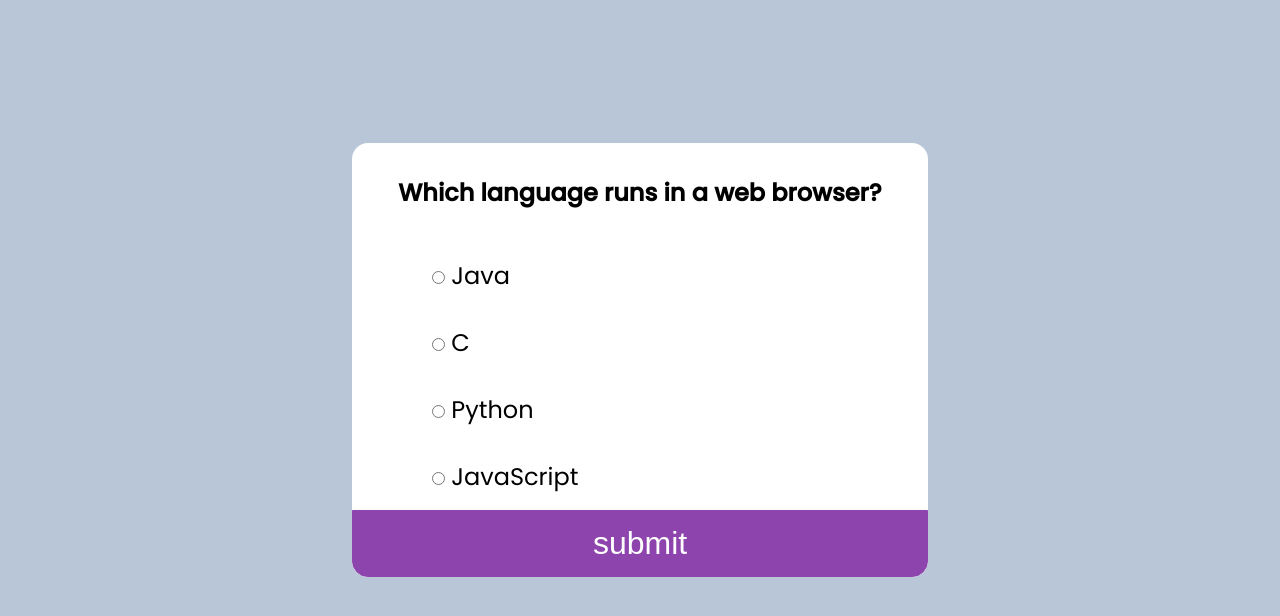
Repository: nandur9/quiz-app
Page: index.html
The author's editor kept a copy of each file at every save. The page is drawn from the files as they stood at one save, then again after a run of saves.
The browser window is 1280 px wide. The pictures show the whole page.

Above is the page before, as saved 2023-07-19 10:25:01.

### index.html
<!DOCTYPE html>
<html lang="en">
<head>
  <meta charset="UTF-8">
  <meta name="viewport" content="width=device-width, initial-scale=1.0">
  <link rel="stylesheet" href="./style.css">
  <title>Quiz App</title>
</head>
<body>
<div class="container-1" id="container-1">
  <h2 class="question-1">Which language runs in a web browser?</h2>

  <div class="answer-1" id>

    <div class="choice">
      <input type="radio" name="Answer" id="a" class="answer">
      <label for="a" id="a_text">Java</label>
    </div>

    <div class="choice">
      <input type="radio" name="Answer" id="b" class="answer">
      <label for="b" id="b_text">C</label>
    </div>
    <div class="choice">
      <input type="radio" name="Answer" id="c" class="answer">
      <label for="c" id="c_text">Python</label>
    </div>
    <div class="choice">
      <input type="radio" name="Answer" id="d" class="answer">
      <label for="d" id="d_text">JavaScript</label>
    </div>
  </div>

  <button class="submit">submit</button>
</div>


  <script src="./script.js"></script>
</body>
</html>

### style.css
@import url('https://fonts.googleapis.com/css2?family=Poppins:wght@400;500&display=swap');



* {
  margin: 0;
  padding: 0;
  box-sizing: border-box;
}

body {
  font-family: 'Poppins', sans-serif;
  background-color: #b8c6d8;
  height: 100vh;
  width: 100vw;
  display: flex;
  flex-direction: column;
  align-items: center;
  justify-content: center;
}

.container-1 {
  background-color: white;
  display: flex;
  flex-direction: column;
  justify-content: space-between;
  gap: 1rem;
  border-radius: 1rem;
}

.question-1 {
  text-align: center;
  margin: 2rem;
}


.submit {
  background-color: #8e44ad;
  font-size: 2rem;
  color: white;
  padding: 0.9rem 15rem;
  border: 1px solid #8e44ad;
  border-bottom-left-radius: 1rem;
  border-bottom-right-radius: 1rem;

}

.submit:hover {
  background-color: #762599;
  cursor: pointer;
}

.answer-1 {
  font-size: 1.5rem;
  padding-left: 5rem;
  display: flex;
  flex-direction: column;
  align-items: flex-start;
  gap: 2rem;
}

.con-2 {
  display: none;
}

.con-3 {
  display: none;
}

.con-4 {
  display: none;
}

### script.js
const quizData = [
    {
      question: "Which language runs in a web browser?",
      a: "Java",
      b: "C",
      c: "Python",
      d: "JavaScript",
      correct: "d"
    },

    {
      question: "What does CSS stand for?",
      a: "Central Style Sheets",
      b: "Cascading Style Sheets",
      c: "Cascading Simple Sheets",
      d: "Car Suv Sailboats",
      correct: "b"
    },

    {
      question: "What does HTML stand for?",
      a:"Hypertext Markup Language",
      b:"Helicopters Terminals Motorboats Lamborginis",
      c: "Hypertext Markup Language",
      d: "Hyperloop Machine Language",
      correct: "a"
    },

    {
      question: "What year was JavaScript launched?",
      a: "1995",
      b: "1996",
      c: "1997",
      d: "1998",
      correct: "a"
    },
  ];


  const quizEl = document.getElementById('container-1')

  const questionEl = document.querySelector('.question-1')

  const answerEls = document.querySelectorAll('.answer')

  const a_text = document.getElementById('a_text')

  const b_text = document.getElementById('b_text')

  const c_text = document.getElementById('c_text')

  const d_text = document.getElementById('d_text')

  const submitBtn = document.querySelector('.submit');




let currentQuiz = 0
let score = 0

loadQuiz()

function loadQuiz() {
  deselectAnswer()
  const currentQuizData = quizData[currentQuiz]
  questionEl.innerText = currentQuizData.question
  a_text.innerText = currentQuizData.a;
  b_text.innerText = currentQuizData.b
  c_text.innerText = currentQuizData.c
  d_text.innerText = currentQuizData.d
}

function deselectAnswer() {
  answerEls.forEach(answerEls => answerEls.checked = false)
};

function getSelected() {
  let answer;
  answerEls.forEach(answerEl =>{
        if(answerEl.checked) {
            answer = answerEl.id
        }
  })
  return answer;
}


submitBtn.addEventListener('click', () => {
  const answer = getSelected();
  if(answer){
    if(answer === quizData[currentQuiz].correct) {
      score++
    }
    currentQuiz++;
    if(currentQuiz < quizData.length) {
      loadQuiz()
    }
    else{
      console.log(quizEl)
      quizEl.innerHTML = `<h2 class="question-1">You have answered ${score}/${quizData.length} question correctly.</h2>
      <button onclick = "history.go(0)" class="submit">Reload</button>`;
      console.log(quizEl.innerHTML)
      quizEl.innerHtml = score;
      console.log(quizEl)
    }
  }
});

After the next 2 saves:
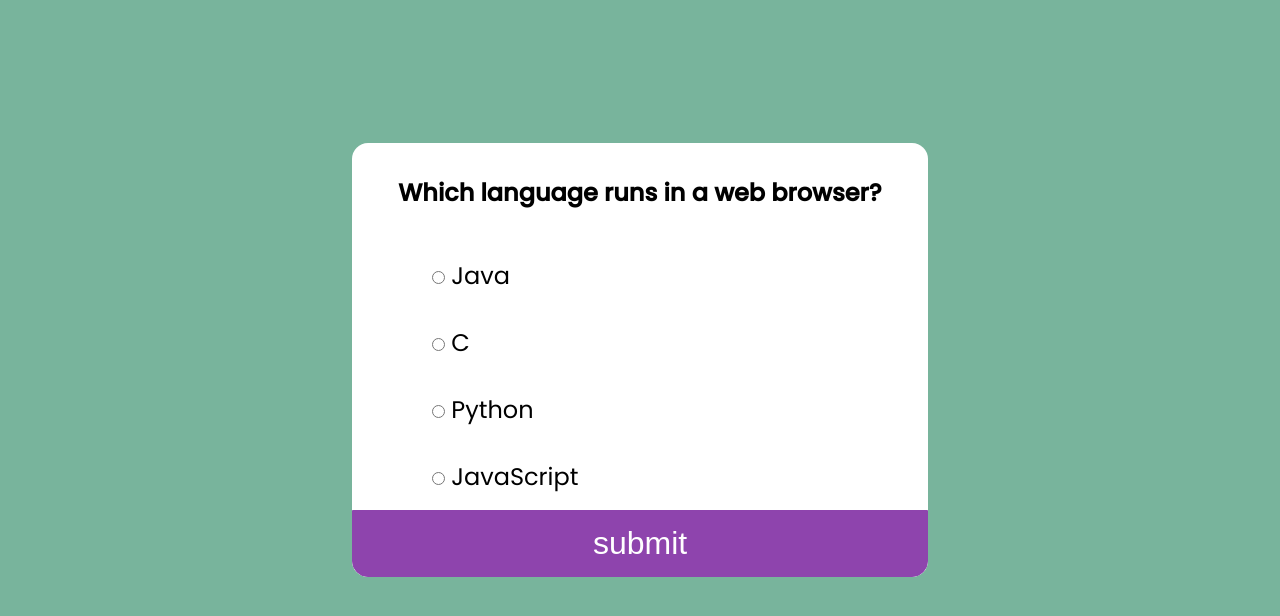
The 2 saves are shown as one change because they came seconds apart.
The last was saved 39 min 21 s later.
--- a/style.css
+++ b/style.css
@@ -10,7 +10,7 @@
 
 body {
   font-family: 'Poppins', sans-serif;
-  background-color: #b8c6d8;
+  background-color: #78b49c;
   height: 100vh;
   width: 100vw;
   display: flex;
